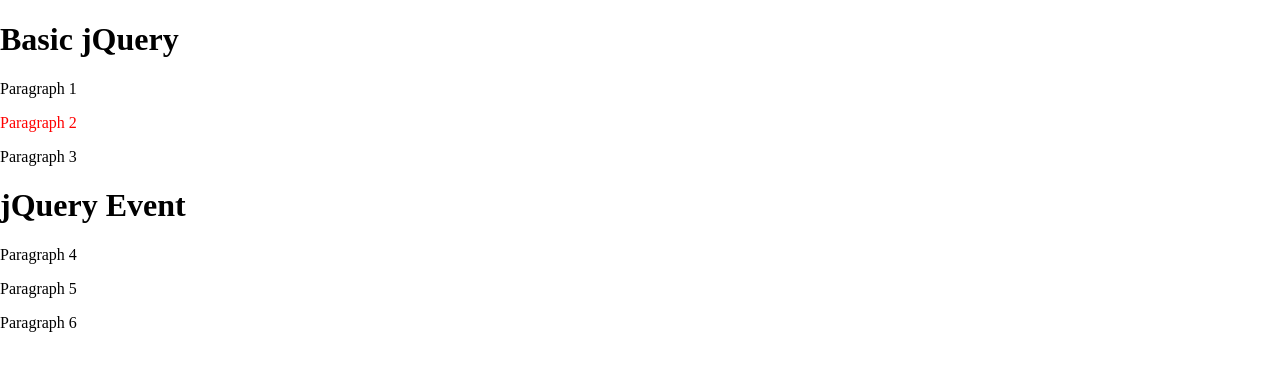
Repository: andyd71/Javascript-Projects
Page: jQuery/jquery.html
An editor plug-in stored every save of this project. The page is shown before and after the next save, followed by the edit.
The browser window is 1280 px wide. The pictures show the whole page.

Above is the page before, as saved 2021-05-10 11:03:09.

After the next save:
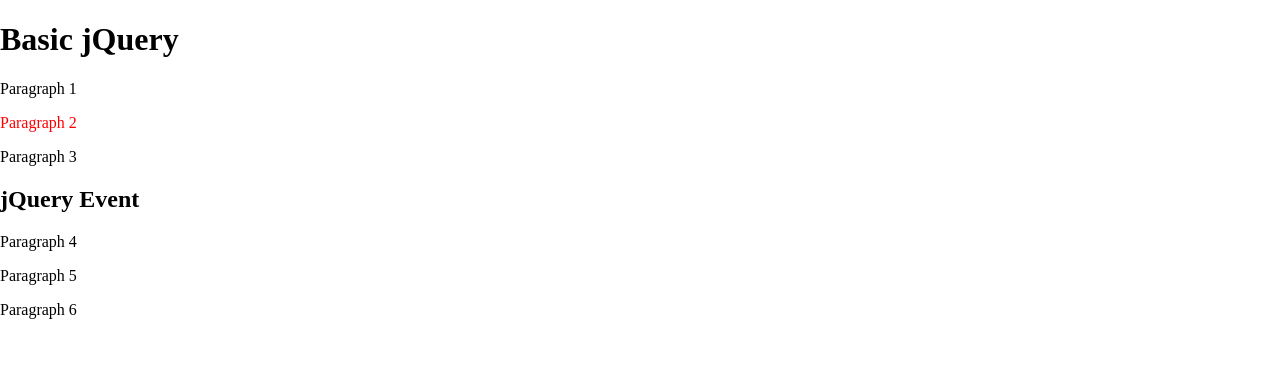
Saved 69 s later.
--- a/jQuery/jquery.html
+++ b/jQuery/jquery.html
@@ -36,15 +36,15 @@
             "<body>\
                 <div id='container2'>\
                     <div id='inner2'>\
-                    <h1>jQuery Event</h1>\
+                    <h2>jQuery Event</h2>\
                     <p id='4'>Paragraph 4</p>\
                     <p id='5'>Paragraph 5</p>\
                     <p id='6'>Paragraph 6</p>\
                     </div>\
                     </body>"
         );
-        $("h1").click(function() {
-        $("h1").blur();
+        $("#4").click(function() {
+        $("h2").blur();
      });
     });
 </script>
